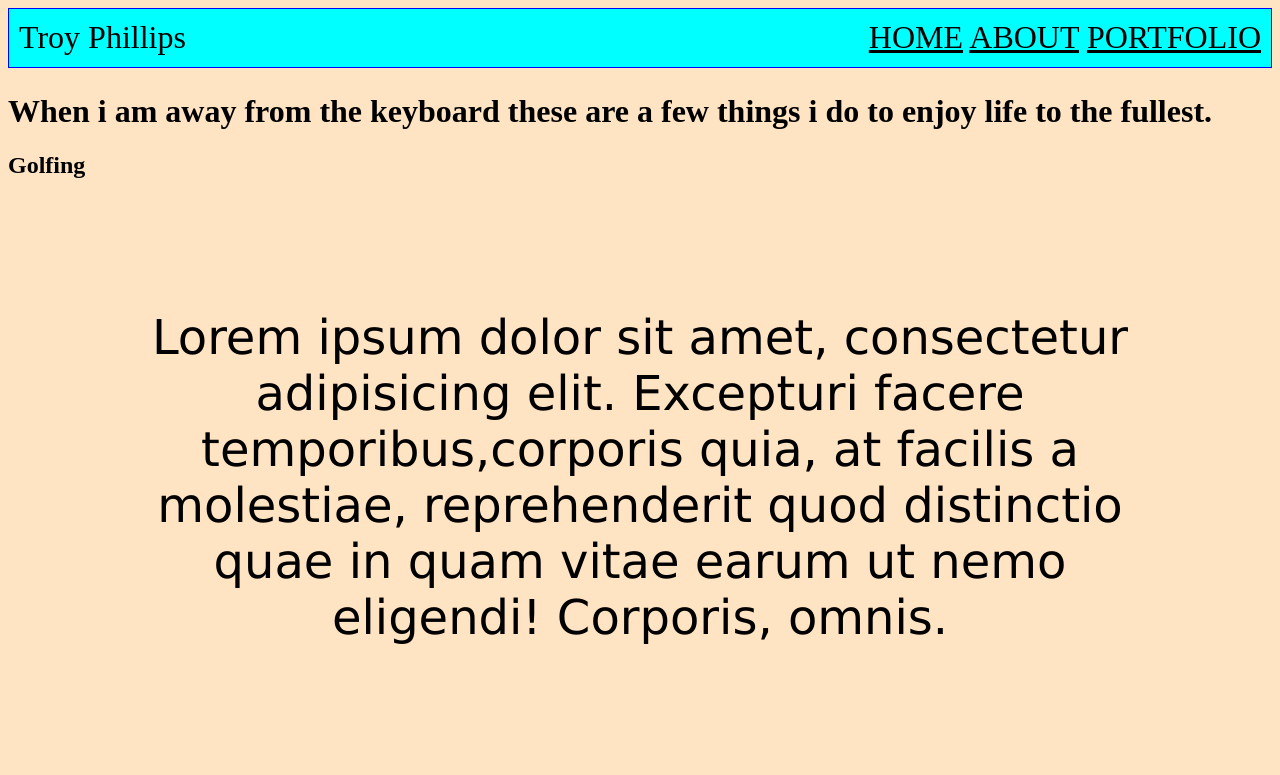
Repository: TheTroyPhillips/Personal-website
Page: about.html
These files come from the project's save history. The page is drawn as it stood at one moment and after the next save; the edit follows.
The browser window is 1280 px wide. The pictures show the whole page.

Above is the page before, as saved 2023-09-10 22:19:10.

### about.html
<!DOCTYPE html>
<html lang="en">
<head>
    <meta charset="UTF-8">
    <meta name="viewport" content="width=device-width, initial-scale=1.0">
    <title>Document</title>
    <link rel="stylesheet" href="style.css">
</head>
<body>
    <div class="parent">
        <div class="child">
            <span class="myname">Troy Phillips</span>
        <nav class="pages">
            <a class="active" href="/">HOME</a>
            <a href="/about.html">ABOUT</a>
            <a href="/portfolio.html">PORTFOLIO</a>
        </div>
        <div class="childb"></div>
        <h1 class="about">When i am away from the keyboard these are
            a few things i do to enjoy life to the fullest.</h1>
            <section>
                <h2>Golfing</h2>
                <p class="pa">Lorem ipsum dolor sit amet, consectetur adipisicing elit. Excepturi facere
                     temporibus,corporis quia, at facilis a molestiae, reprehenderit quod
                      distinctio quae in quam vitae earum ut nemo eligendi! Corporis, omnis.</p>
</body>
</html>

### style.css
.child{
    width: 100%;
    height: 60px;
    border: 1px solid blue;
    display: inline-block;
    box-sizing: border-box;
    background-color: aqua;
    padding: 10px;
}
.myname{
    float: left;
    font-size: 2rem;
}
.pages{
    float: right;
    font-size: 2rem;
}
.pages a.active{
    color: inherit;
}
.pages a{
    color: inherit;
}
body{
    background-color: bisque;
}
main{
    text-align: center;
    margin-left: 5%;
    margin-right: 5%;
    font-size: 1.8rem;
}
p{
    text-align: center;
    font-size: 3rem;
    font-family: Verdana, Geneva, Tahoma, sans-serif;
    margin: 130px;
}

After the next save:
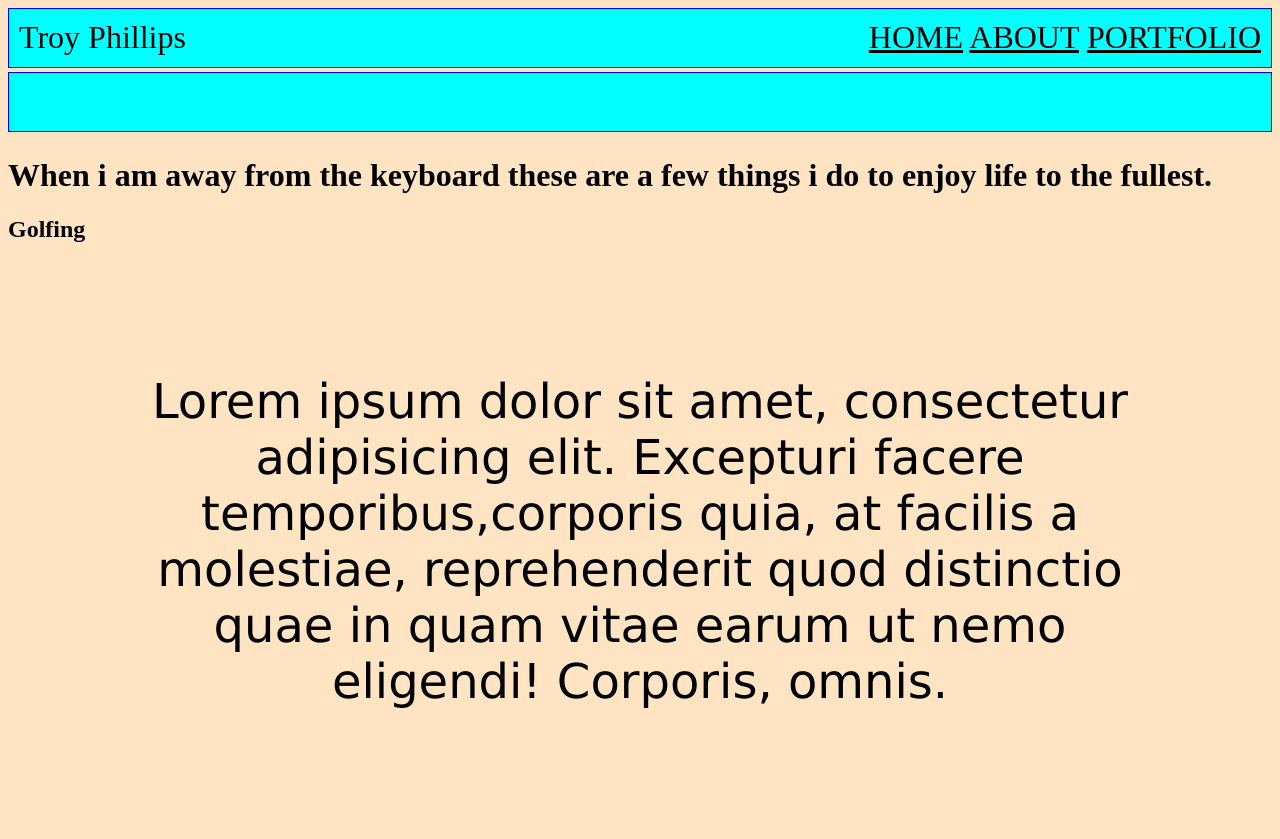
Saved 5 s later.
--- a/about.html
+++ b/about.html
@@ -15,7 +15,7 @@
             <a href="/about.html">ABOUT</a>
             <a href="/portfolio.html">PORTFOLIO</a>
         </div>
-        <div class="childb"></div>
+        <div class="child"></div>
         <h1 class="about">When i am away from the keyboard these are
             a few things i do to enjoy life to the fullest.</h1>
             <section>

After the save that followed:
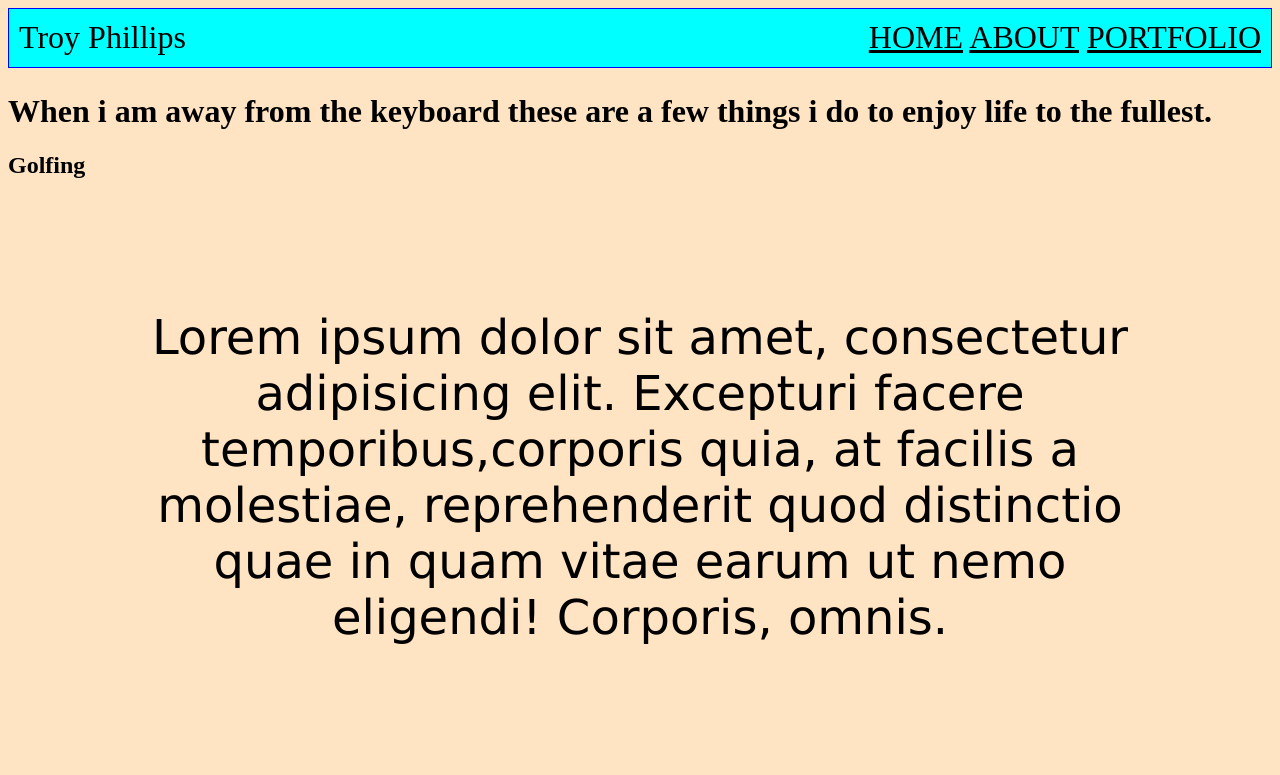
Saved 4 s later.
--- a/about.html
+++ b/about.html
@@ -15,7 +15,7 @@
             <a href="/about.html">ABOUT</a>
             <a href="/portfolio.html">PORTFOLIO</a>
         </div>
-        <div class="child"></div>
+        <div class="childb"></div>
         <h1 class="about">When i am away from the keyboard these are
             a few things i do to enjoy life to the fullest.</h1>
             <section>
